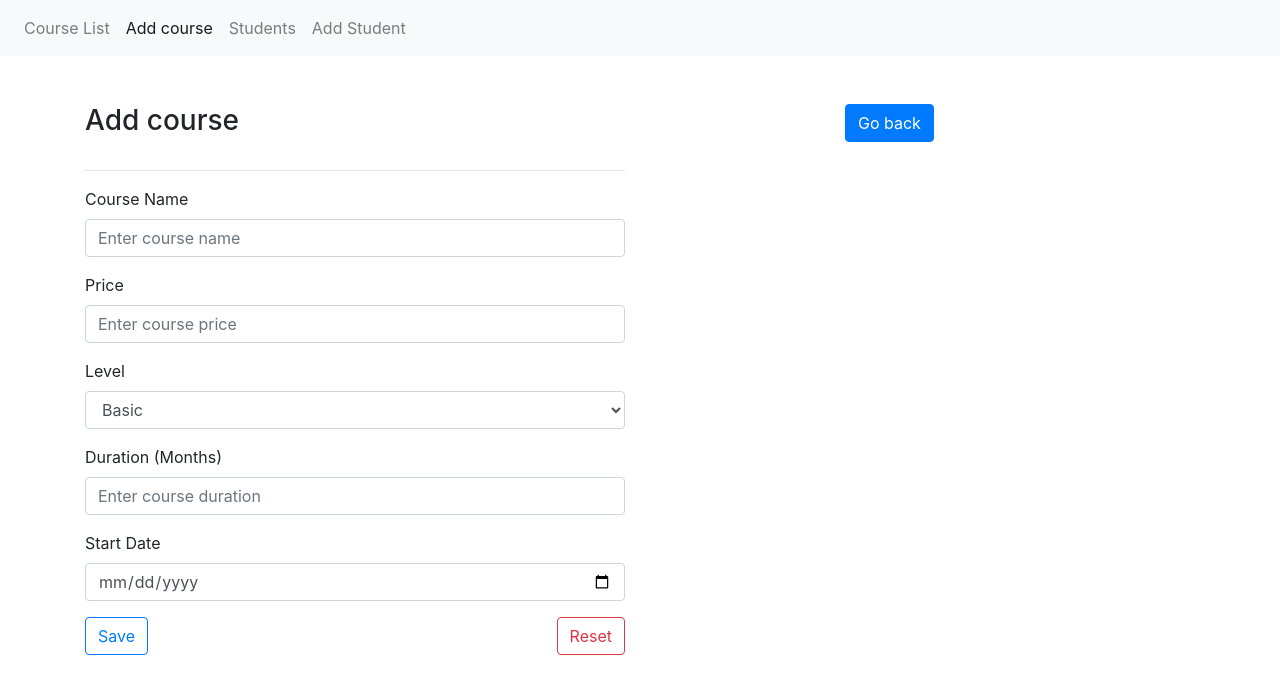
Repository: pyaephyotint22/Maven-Student-Course
Page: http://localhost/06-EL-JSTL/add-course
These files come from the project's save history. The page is drawn as it stood at one moment and after the next save; the edit follows.
The browser window is 1280 px wide. The pictures show the whole page.
The page is served by Tomcat 9.

Above is the page before, as saved 2020-12-21 03:28:26.

After the next save:
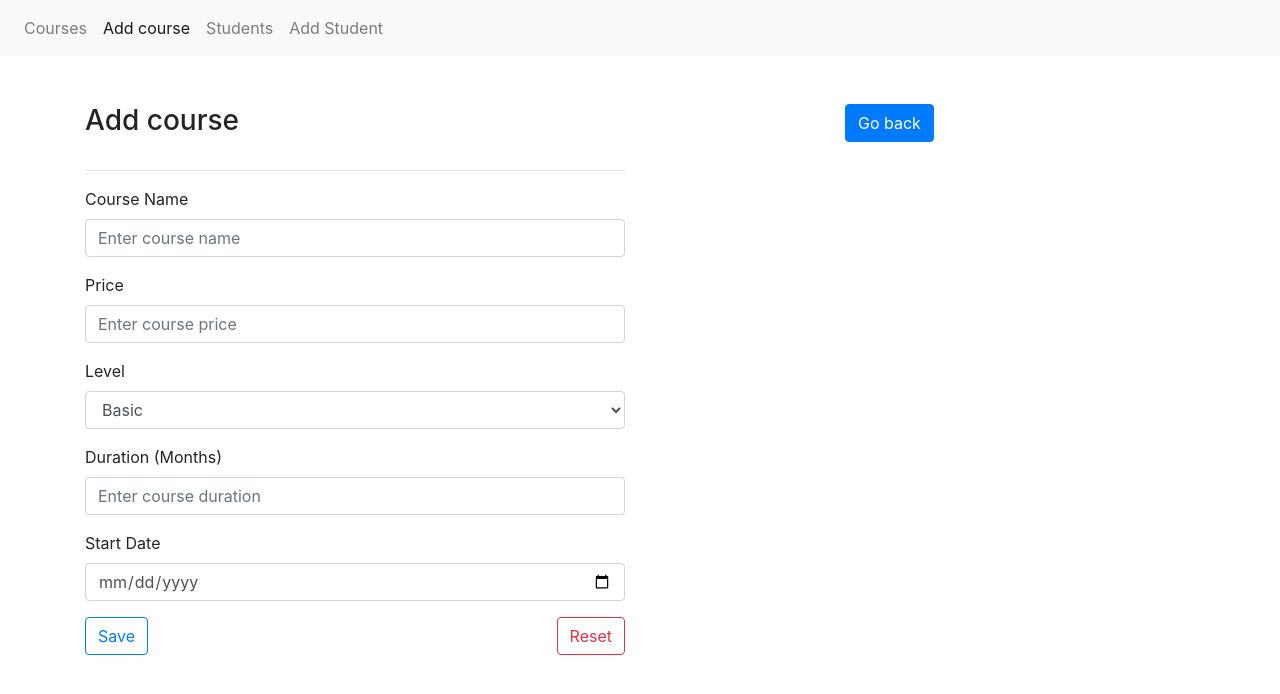
Saved 51 s later.
--- a/06-EL-JSTL/src/main/webapp/common/menu.jsp
+++ b/06-EL-JSTL/src/main/webapp/common/menu.jsp
@@ -14,7 +14,7 @@
 			  <ul class="navbar-nav">
 
 			  <li class="nav-item">
-              <a class="nav-link ${empty title ? 'active' :'' }" aria-current="page" href="<%= pageContext.getServletContext().getContextPath() %>">Course List</a>
+              <a class="nav-link ${empty title ? 'active' :'' }" aria-current="page" href="<%= pageContext.getServletContext().getContextPath() %>">Courses</a>
              </li>
 		        <li class="nav-item">
 		        <c:url value="/course-add.jsp" var="courseAdd"></c:url>
